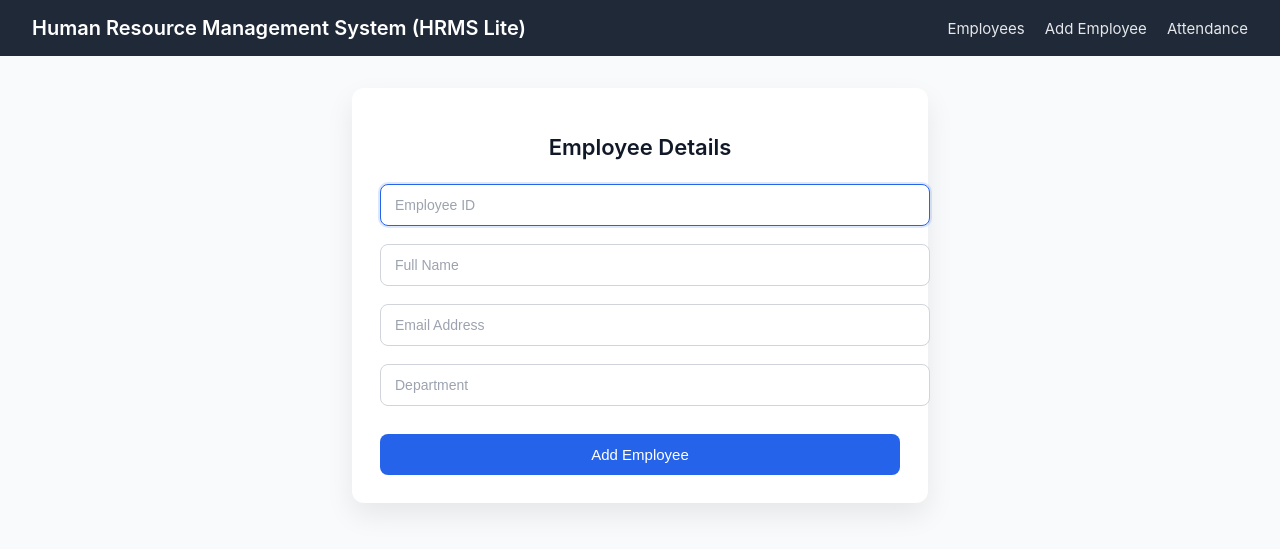
Repository: gautamsonam011/hrmsfrontend
Page: /employees/add
These files come from the project's save history. The page is drawn as it stood at one moment and after the next save; the edit follows.
The browser window is 1280 px wide. The pictures show the whole page.
The first visible `.employee-input` has the focus.
The project was rebuilt for these pictures with package versions that can differ from the ones it lists, and the page was loaded fresh each time. Also part of the build but not shown: src/components/Loader.jsx, src/components/EmptyState.jsx, src/pages/Employees.jsx, src/components/ErrorState.jsx, src/pages/Attendance.jsx, src/api/attendanceApi.js, src/pages/AddAttendance.jsx.

Above is the page before, as saved 2026-01-31 19:11:00.

After the next save:
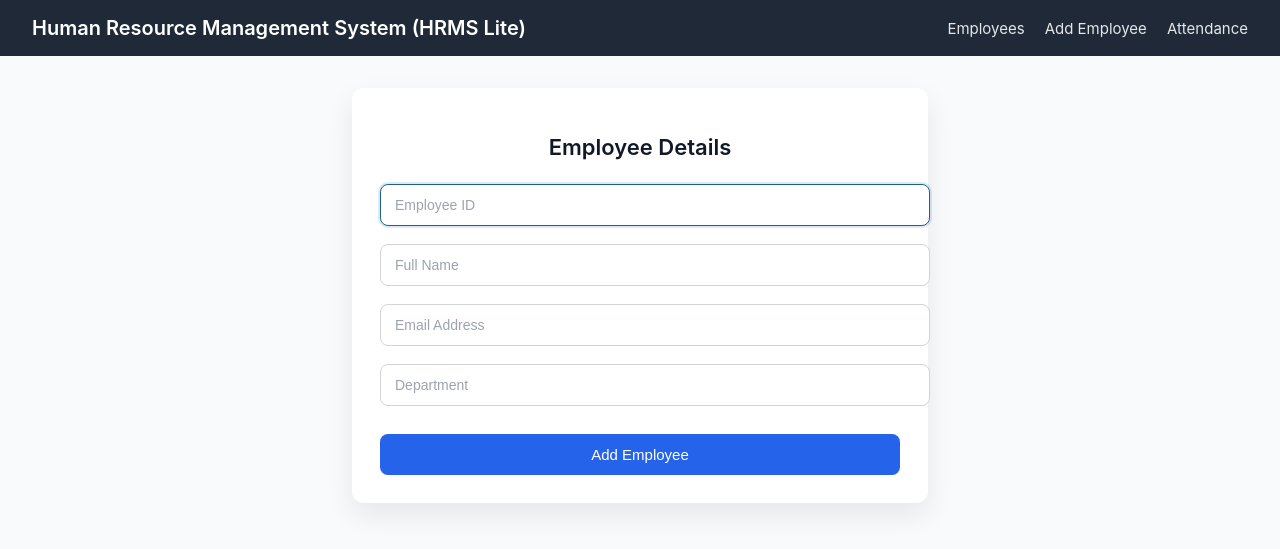
Saved 27 s later.
--- a/src/style.css
+++ b/src/style.css
@@ -142,7 +142,7 @@ body {
 
 .employee-input:focus {
   outline: none;
-  border-color: #2563eb;
+  border-color: #1e6475;
   box-shadow: 0 0 0 2px rgba(37, 99, 235, 0.15);
 }
 
